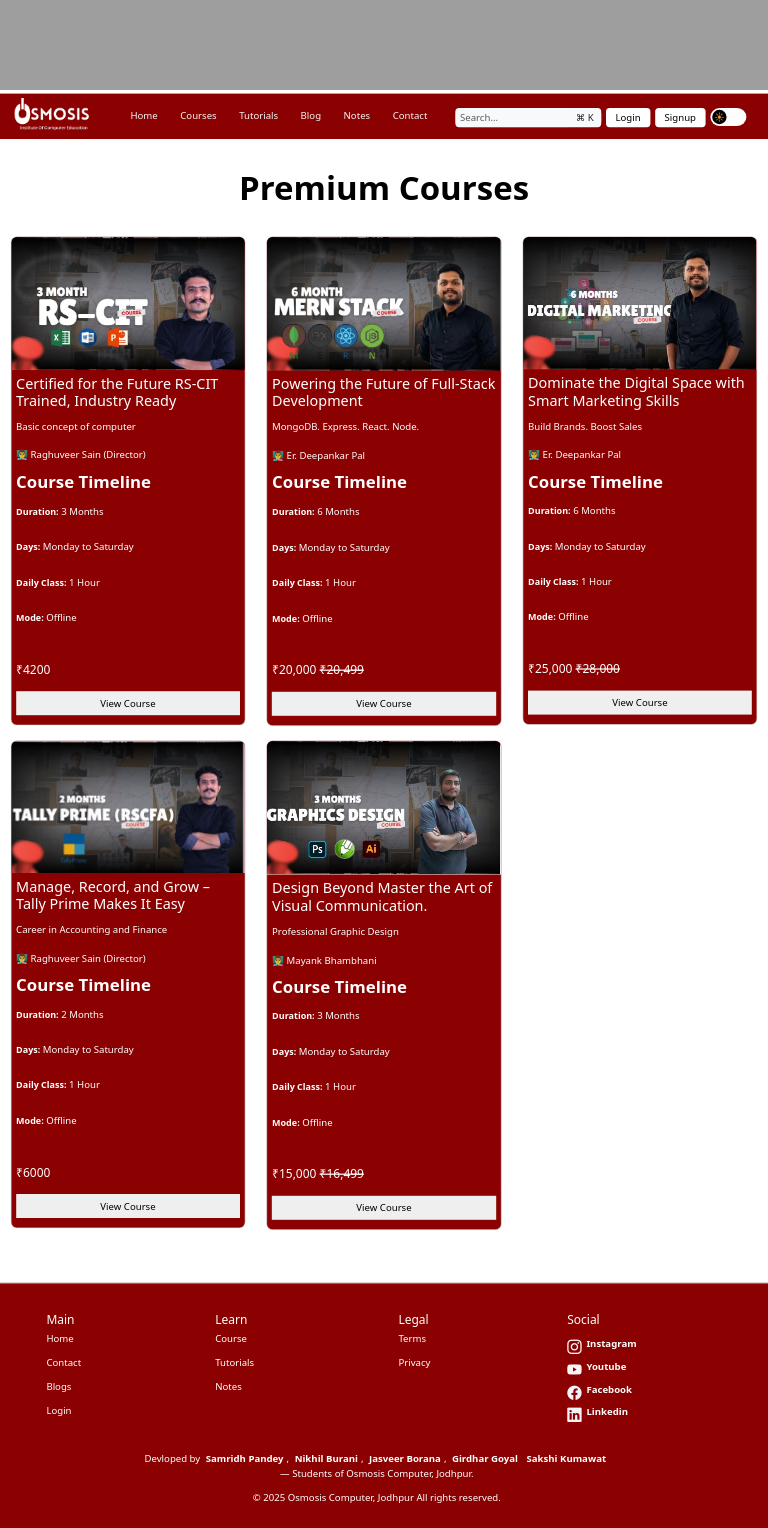
Repository: samriidhpandey/osmosis
Page: /Courses
These files come from the project's save history. The page is drawn as it stood at one moment and after the next save; the edit follows.
The browser window is 1280 px wide. The pictures show the whole page, at 60% of full size.
Pictures or frames that could not be fetched are drawn as grey boxes. The project was rebuilt for these pictures with package versions that can differ from the ones it lists, and the page was loaded fresh each time. Also part of the build but not shown: vite.config.js, src/Section2.jsx, src/Section3.jsx, src/Section4.jsx, src/InfiniteReviewScroll.jsx, src/Section5.jsx, src/TypingText.jsx, src/AnimatedName.jsx and 103 more. Imported but missing from the stored project, and not drawn on this page: src/Images/final-app-on-mobile.mp4, src/Images/final-app-on-pc.mp4, src/Images/open-terminals.mp4, src/Images/python-location.mp4.

Above is the page before, as saved 2025-07-21 16:30:07.

After the next save:
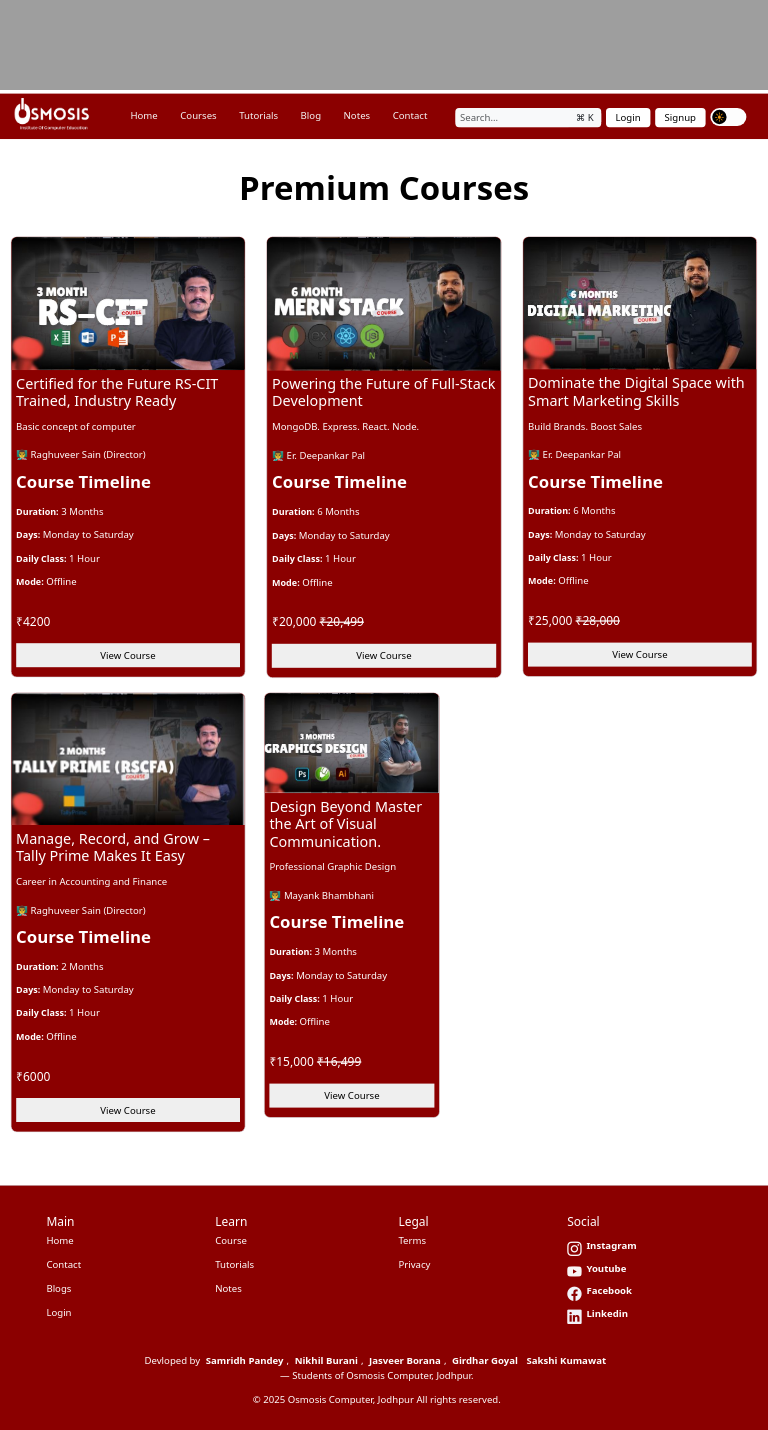
Saved 6 s later.
--- a/src/Component2/Courses.jsx
+++ b/src/Component2/Courses.jsx
@@ -30,7 +30,7 @@
     fontSize: "16px",
     color: "white",
     // lineHeight:'-100px',
-    marginBottom: "-5px",
+    marginBottom: "-25px",
   };
   return (
     <>
@@ -157,7 +157,7 @@
 
 
 
-          <div className="col-12 col-sm-12 col-md-6 col-lg-4 col-xl-4 col-xxl-4">
+          <div className="col-12 col-sm-12 col-md-6 col-lg-4 col-xl-3 col-xxl-4">
             <Link to="/part5" className='part1'>
               <div className="row">
                 <div className="col-11 border mb-4 pb-2 m-auto p-0 cour-card" style={Courses1}>
